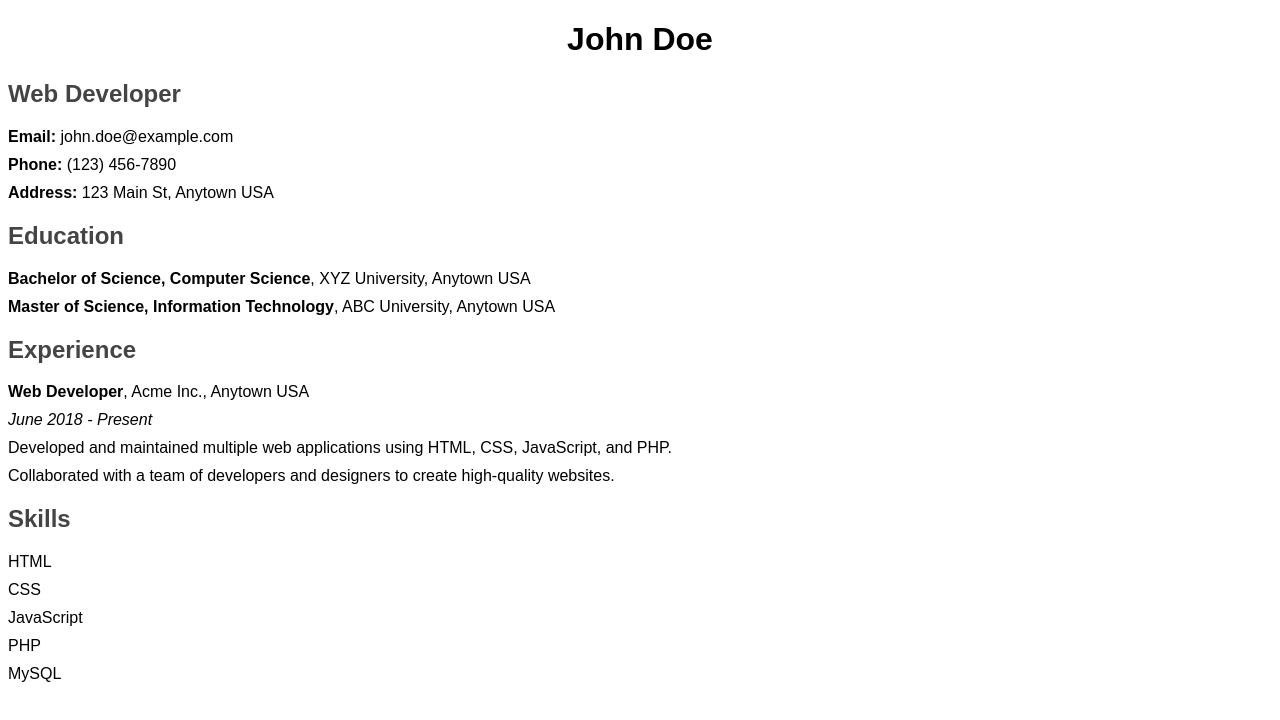
Repository: ayannasampson/htmlresume
Page: resume.html
The author's editor kept a copy of each file at every save. The page is drawn from the files as they stood at one save, then again after the next save.
The browser window is 1280 px wide. The pictures show the whole page.

Above is the page before, as saved 2023-03-15 14:02:33.

After the next save:
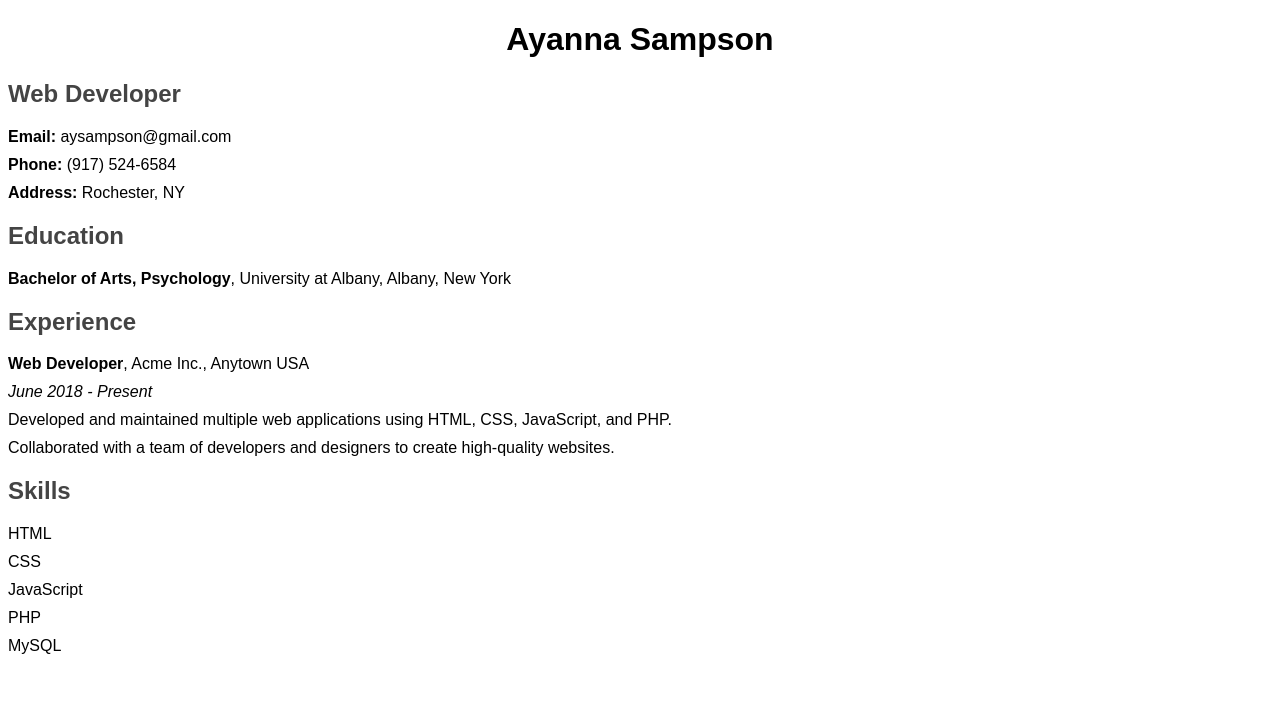
Saved 6 min 5 s later.
--- a/resume.html
+++ b/resume.html
@@ -1,7 +1,7 @@
 <!DOCTYPE html>
 <html>
 <head>
-	<title>My Resume</title>
+	<title> Ayanna Sampson's Resume</title>
 	<style>
 		body {
 			font-family: Arial, sans-serif;
@@ -35,19 +35,18 @@
 	</style>
 </head>
 <body>
-	<h1>John Doe</h1>
+	<h1>Ayanna Sampson</h1>
 	<h2>Web Developer</h2>
 
 	<ul>
-		<li><span class="bold">Email:</span> john.doe@example.com</li>
-		<li><span class="bold">Phone:</span> (123) 456-7890</li>
-		<li><span class="bold">Address:</span> 123 Main St, Anytown USA</li>
+		<li><span class="bold">Email:</span> aysampson@gmail.com</li>
+		<li><span class="bold">Phone:</span> (917) 524-6584</li>
+		<li><span class="bold">Address:</span> Rochester, NY</li>
 	</ul>
 
 	<h2>Education</h2>
 	<ul>
-		<li><span class="bold">Bachelor of Science, Computer Science</span>, XYZ University, Anytown USA</li>
-		<li><span class="bold">Master of Science, Information Technology</span>, ABC University, Anytown USA</li>
+		<li><span class="bold">Bachelor of Arts, Psychology</span>, University at Albany, Albany, New York</li>
 	</ul>
 
 	<h2>Experience</h2>
